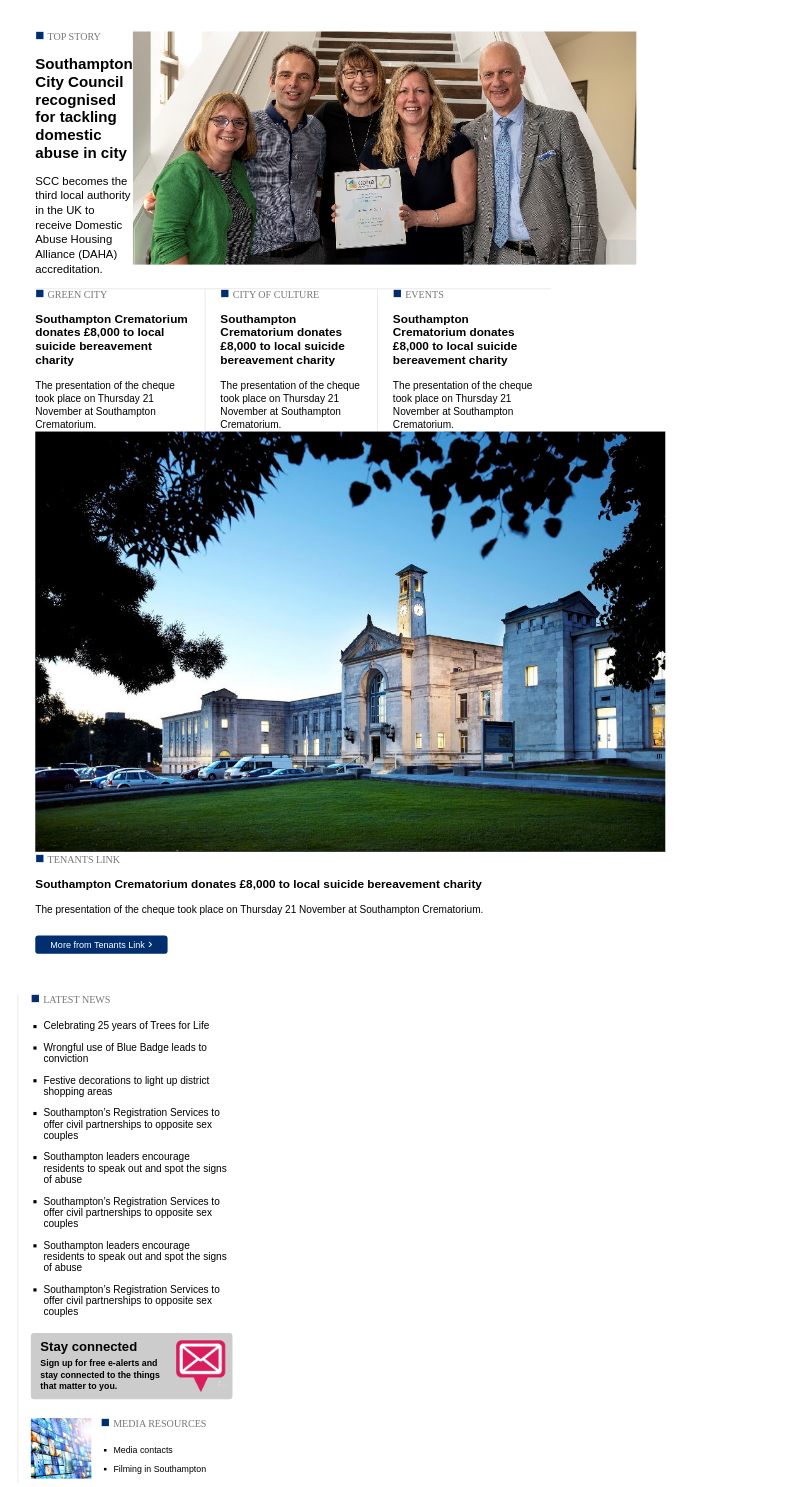
Repository: Domehead123/newspage
Page: news.html
The author's editor kept a record of every edit. The page is drawn from the files as they stood at one moment, then again after the next edit.
The browser window is 1280 px wide. The pictures show the whole page, at 63% of full size.
Some web libraries are served in a nearby version.

Above is the page before.

### news.html
<!DOCTYPE html>
<html lang="en">

<head>
    <meta charset="UTF-8">
    <meta name="viewport" content="width=device-width, initial-scale=1.0">
    <meta http-equiv="X-UA-Compatible" content="ie=edge">
    <script src="https://ajax.googleapis.com/ajax/libs/jquery/3.4.1/jquery.min.js"></script>

    <script src="https://kit.fontawesome.com/aae406265c.js" crossorigin="anonymous"></script>

    <link rel="stylesheet" href="news.css" type="text/css" />
    <title>News & Events</title>
</head>

<body>
    <div class="page-width">

        <div class="split-page">
            <div class="top-row">
                <div class="top-story">

                    <div class="subject-header">TOP STORY</div>


                    <h2><a href="#">
Southampton City Council recognised for tackling domestic abuse in city</a></h2>
                    <p><a href="#">SCC becomes the third local authority in the UK to receive Domestic Abuse Housing Alliance (DAHA) accreditation.</a></p>
                </div>

                <div class="top-story-image">
                    <img src="images/DAHA.jpg">
                </div>
            </div>


                <div class="row">
                    <div class="topic right-border">
                        <div class="subject-header ">GREEN CITY</div>

                        <h3><a href="#">Southampton Crematorium donates £8,000 to local suicide bereavement charity</a></h3>
                        <p><a href="#">The presentation of the cheque took place on Thursday 21 November at Southampton Crematorium.</a></p>
                    </div>
                    <div class="topic right-border">
                        <div class="subject-header">CITY OF CULTURE</div>

                        <h3><a href="#">Southampton Crematorium donates £8,000 to local suicide bereavement charity</a></h3>
                        <p><a href="#">The presentation of the cheque took place on Thursday 21 November at Southampton Crematorium.</a></p>
                    </div>

                    <div class="topic">
                        <div class="subject-header ">EVENTS</div>

                        <h3><a href="#">Southampton Crematorium donates £8,000 to local suicide bereavement charity</a></h3>
                        <p><a href="#">The presentation of the cheque took place on Thursday 21 November at Southampton Crematorium.</a></p>

                    </div>

                </div>




                <div class="row">
                    <div class="lower-image">
                        <a href="#"><img src="images/civic-centre-2.jpg"></a>
                    </div>
                    <div class="tenants-container">
                        <div class="tenants">

                            <div class="subject-header ">TENANTS LINK</div>

                            <h3><a href="#">Southampton Crematorium donates £8,000 to local suicide bereavement charity</a></h3>
                            <p><a href="#">The presentation of the cheque took place on Thursday 21 November at Southampton Crematorium.</a></p>

                        </div>
                        <p class="more"><a href="#">More from Tenants Link</a></p>
                    </div>




                </div>

            </div>


        </div>

        <div class="side-panel">

            <div class="latest-news">
                <div class="subject-header">LATEST NEWS</div>

                <ul>
                    <li><a href="#">Celebrating 25 years of Trees for Life</a></li>
                    <li><a href="#">Wrongful use of Blue Badge leads to conviction</a></li>
                    <li><a href="#">Festive decorations to light up district shopping areas</li>
                    <li><a href="#">Southampton’s Registration Services to offer civil partnerships to opposite sex couples</a></li>
                    <li><a href="#">Southampton leaders encourage residents to speak out and spot the signs of abuse</a></li>
                    <li><a href="#">Southampton’s Registration Services to offer civil partnerships to opposite sex couples</a></li>
                    <li><a href="#">Southampton leaders encourage residents to speak out and spot the signs of abuse</a></li>
                    <li><a href="#">Southampton’s Registration Services to offer civil partnerships to opposite sex couples</a></li>
                </ul>
            </div>
            <div class="connected">

                <a href="#"><img src="images/connected.png"></a>
                <h2><a href="#">Stay connected</a></h2>

                <p><a href="#">Sign up for free e-alerts and stay connected to the things that matter to you.</a></p>
            </div>

            <div class="media">
                <div class="media-image">
                    <img src="images/media2.jpg">
                </div>


                <div class="media-text">
                    <div class="subject-header ">MEDIA RESOURCES</div>

                    <ul>
                        <li><a href="# ">Media contacts</a></li>
                        <li><a href="# ">Filming in Southampton</a></li>

                    </ul>
                </div>

            </div>






        </div>






</body>

</html>

### news.css
/* REMOVE LEFT-HAND NAV */

.sidebar__content {
    display: none !important;
}

.page-body {
    left: 0 !important;
    width: 100% !important;
    font-size: 20px;
}

.page-width {
    max-width: 1168px;
    margin: 50px auto;
    padding: 0 25px;
}


/* GENERAL STYLING AND LINKS */

h2,
h3,
h4,
li,
p {
    font-family: "franklin-gothic-urw", sans-serif;
}


p {
    font-size: 18px;
    line-height: 130%;
}


a {
    color: #000;
    text-decoration: none;
    transition: 0.4s all;
}

.centre {
    margin: 0 auto;
}


.topic:hover a,
.top-story:hover a,
.tenants:hover a,
.latest-news a:hover,
.connected:hover a,
.more a:hover,
.media a:hover {
    text-decoration: underline;
}

.subject-header {
    color: #777;
}

.subject-header:before {
    content: "\25A0";
    line-height: 0;
    font-size: 1.5em;
    color: #002e6f;
    margin-right: 5px;
}

/* MAIN CONTENT */

.split-page {
    display: inline-block;
    vertical-align: top;
    width: 70%;
}


.split-page .latest-news {
    padding: 25px 0;
    display: none;
    border-bottom: 1px solid #ddd;
    margin-bottom: 0;
}

.top-row {
    display: flex;
    border-bottom: 1px solid #ddd;
}

.middle-row {
    clear: both;
    display: flex;
    flex-wrap: wrap;
    border-bottom: 1px solid #ddd;
    padding: 25px 0 20px 0;
}

.bottom-row {
    clear: both;
    display: flex;
    padding: 25px 0;
}

.top-story {
    margin: 0;
    box-sizing: border-box;
}

.top-story::after {
    content: "";
    clear: both;
    display: table;
}


.top-large-pic {
    display: block;
    margin: 0 0 20px 20px;
    height: 200px;
    float: right;
}

.top-small-pic {
    display: none;
    float: right;
    margin: 0 0 20px 20px;
    height: 100px;
}

.topic {
    width: 33%;
    padding: 0 20px;
    box-sizing: border-box;
    display: inline-block;
    vertical-align: top;
}

.right-border {}

.topic p {
    font-size: 16px;
    margin-bottom: 0;
}

.tenants p {
    font-size: 16px;
}

.topic:nth-child(1) {
    padding: 0 20px 0 0;
    border-right: 1px solid #ddd;
}

.topic:nth-child(2) {
    border-right: 1px solid #ddd;
}

.lower-stories {
    border-right: 1px solid #ddd;
}

.bottom-large-pic {
    height: 200px;
    margin-right: 20px;
    float: left;
}

.bottom-small-pic {
    display: none;
    float: right;
    margin: 0 0 20px 20px;
    height: 100px;
}

.tenants-container {
    margin-right: 20px;
    box-sizing: border-box;
    display: inline-block;
    vertical-align: top;
}

.more {
    font-size: 0.9em;
    background: #002e6f;
    width: 200px;
    padding: 5px;
    text-align: center;
    border-radius: 5px;
}

.tenants-container .more {
    float: left;
}

.more a {
    color: #fff;
}

.more::after {
    content: "\203A";
    color: #fff;
    font-size: 1.5em;
    line-height: 0;
    margin-left: 5px;
    position: relative;
    top: 1px;
}



/* SIDE PANEL */

.side-panel {
    display: inline-block;
    vertical-align: top;
    width: 27%;
    margin-left: 20px;
    border-left: 1px solid #ddd;
    padding-left: 20px;
    box-sizing: border-box;
}

.latest-news {
    margin-bottom: 1.5em;
}

.latest-news ul,
.media ul {
    padding: 0 0 0 20px;
    margin-top: 1.5em;
}

.latest-news ul li,
.media ul li {
    margin: 0 0 1em 0;
    font-size: 16px;
    list-style-type: square;
}

.extras {
    display: flex;
    flex-wrap: wrap;
}


.connected {
    background: #ccc;
    padding: 10px 10px 10px 15px;
    border-radius: 5px;
    margin-bottom: 30px;
    width: 100%;
    box-sizing: border-box;
}

.connected img {
    float: right;
    height: 85px;
    margin-left: 10px;
}

.connected h2 {
    font-size: 1.3em;
    margin: 0 0 5px 0;
}

.connected p {
    font-size: 14px;
    font-weight: bold;
    margin: 0;
}


.connected::after {
    content: "";
    clear: both;
    display: table;
}

.media {
    width: 100%;

}

.media img {
    float: left;
    width: 30%;
    margin-right: 15px;
}

.media ul {
    padding: 0 0 0 20px;
    margin-top: 1.5em;
    margin-bottom: 0;
    display: inline-block;
    box-sizing: border-box;
    width: 60%;
}

.media ul li {
    margin: 0 0 1em 0;
    list-style-type: square;
    font-size: 14px;
}

.extras {
    display: flex;
}


@media only screen and (max-width: 1000px) {
@media only screen and (max-width: 1150px) {
    .top-story-video {
        width: 100%;
    }



}
    .split-page {
        width: 100%;
    }

    .side-panel {
        width: 100%;
        border-left: 0;
        margin: 0;
        padding: 0;
    }

    .split-page .latest-news {
        display: block
    }

    .side-panel .latest-news {
        display: none;
    }

    .connected {
        width: 45%;
        margin-right: 25px;
        margin-bottom: 0;
    }

    .media {
        width: 45%;
        border: 1px solid #ddd;
        padding: 15px;
        border-radius: 5px;
        box-sizing: content-box;
    }

}


@media only screen and (max-width: 750px) {
    .top-large-pic {
        display: none;
    }

    .top-small-pic {
        display: block;
    }

    .bottom-large-pic {
        display: none;
    }

    .bottom-small-pic {
        display: block;
    }

    .tenants-container {
        margin-right: 0;
    }

    .tenants-container .more {
        float: none;
        margin: 10px auto;
        clear: both;
    }

}


@media only screen and (max-width: 660px) {
    .connected {
        width: 100%;
        margin-right: 0;
        margin-bottom: 25px;
    }

    .media {
        width: 100%;
    }

    .media img {
        height: 100px;
        width: auto;
    }



}


@media only screen and (max-width: 600px) {
    .topic {
        width: 100%;
    }

    .topic:nth-child(1) {
        padding: 0 0 25px 0;
        border-right: 0;
        border-bottom: 1px solid #ddd;
    }

    .topic:nth-child(2) {
        padding: 25px 0;
        border-right: 0;
        border-bottom: 1px solid #ddd;
    }

    .topic:nth-child(3) {
        padding: 25px 0 0 0;
    }


}



@media only screen and (max-width: 450px) {

    .top-small-pic,
    .bottom-small-pic {
        height: auto;
        width: 100%;
    }
}



@media only screen and (max-width: 400px) {

    .media img {
        display: none;
    }
}

After the next edit:
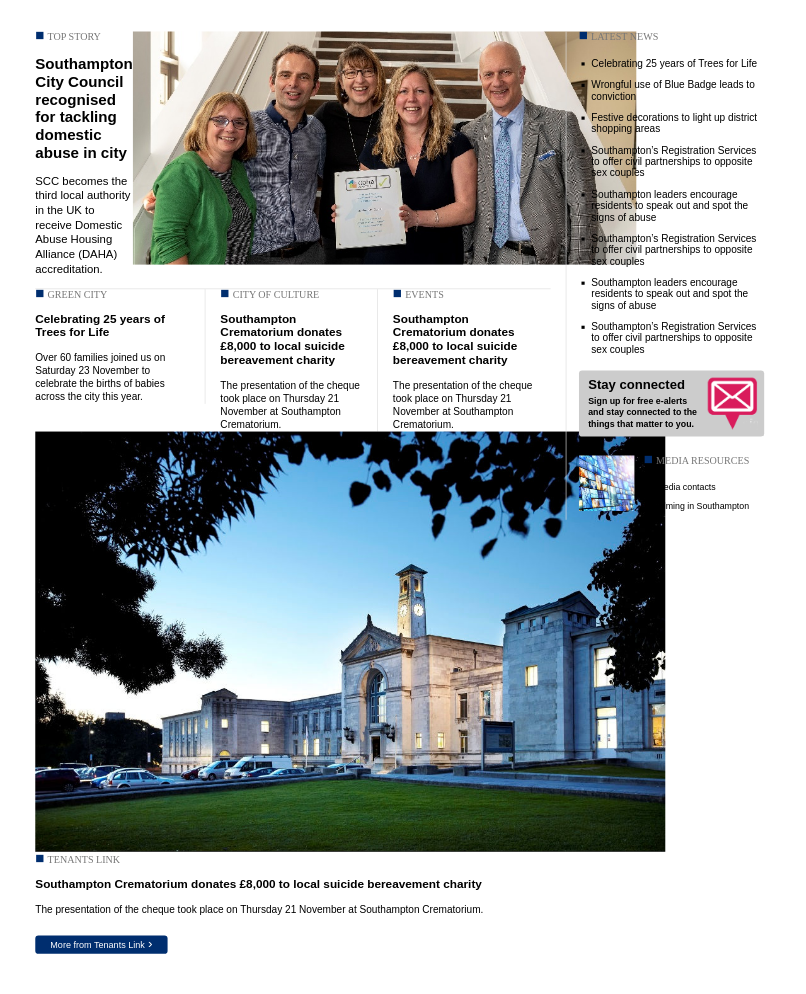
The edit:
--- a/news.html
+++ b/news.html
@@ -34,55 +34,57 @@
             </div>
 
 
-                <div class="row">
-                    <div class="topic right-border">
-                        <div class="subject-header ">GREEN CITY</div>
+            <div class="row">
+                <div class="topic right-border">
+                    <div class="subject-header ">GREEN CITY</div>
 
-                        <h3><a href="#">Southampton Crematorium donates £8,000 to local suicide bereavement charity</a></h3>
-                        <p><a href="#">The presentation of the cheque took place on Thursday 21 November at Southampton Crematorium.</a></p>
-                    </div>
-                    <div class="topic right-border">
-                        <div class="subject-header">CITY OF CULTURE</div>
+                    <h3><a href="#">
+Celebrating 25 years of Trees for Life
+ </a></h3>
+                    <p><a href="#">Over 60 families joined us on Saturday 23 November to celebrate the births of babies across the city this year.</a></p>
+                </div>
+                <div class="topic right-border">
+                    <div class="subject-header">CITY OF CULTURE</div>
 
-                        <h3><a href="#">Southampton Crematorium donates £8,000 to local suicide bereavement charity</a></h3>
-                        <p><a href="#">The presentation of the cheque took place on Thursday 21 November at Southampton Crematorium.</a></p>
-                    </div>
+                    <h3><a href="#">Southampton Crematorium donates £8,000 to local suicide bereavement charity</a></h3>
+                    <p><a href="#">The presentation of the cheque took place on Thursday 21 November at Southampton Crematorium.</a></p>
+                </div>
 
-                    <div class="topic">
-                        <div class="subject-header ">EVENTS</div>
+                <div class="topic">
+                    <div class="subject-header ">EVENTS</div>
+
+                    <h3><a href="#">Southampton Crematorium donates £8,000 to local suicide bereavement charity</a></h3>
+                    <p><a href="#">The presentation of the cheque took place on Thursday 21 November at Southampton Crematorium.</a></p>
+
+                </div>
+
+            </div>
+
+
+
+
+            <div class="row">
+                <div class="lower-image">
+                    <a href="#"><img src="images/civic-centre-2.jpg"></a>
+                </div>
+                <div class="tenants-container">
+                    <div class="tenants">
+
+                        <div class="subject-header ">TENANTS LINK</div>
 
                         <h3><a href="#">Southampton Crematorium donates £8,000 to local suicide bereavement charity</a></h3>
                         <p><a href="#">The presentation of the cheque took place on Thursday 21 November at Southampton Crematorium.</a></p>
 
                     </div>
-
+                    <p class="more"><a href="#">More from Tenants Link</a></p>
                 </div>
 
 
 
 
-                <div class="row">
-                    <div class="lower-image">
-                        <a href="#"><img src="images/civic-centre-2.jpg"></a>
-                    </div>
-                    <div class="tenants-container">
-                        <div class="tenants">
-
-                            <div class="subject-header ">TENANTS LINK</div>
-
-                            <h3><a href="#">Southampton Crematorium donates £8,000 to local suicide bereavement charity</a></h3>
-                            <p><a href="#">The presentation of the cheque took place on Thursday 21 November at Southampton Crematorium.</a></p>
-
-                        </div>
-                        <p class="more"><a href="#">More from Tenants Link</a></p>
-                    </div>
+            </div>
 
 
-
-
-                </div>
-
-            </div>
 
 
         </div>
